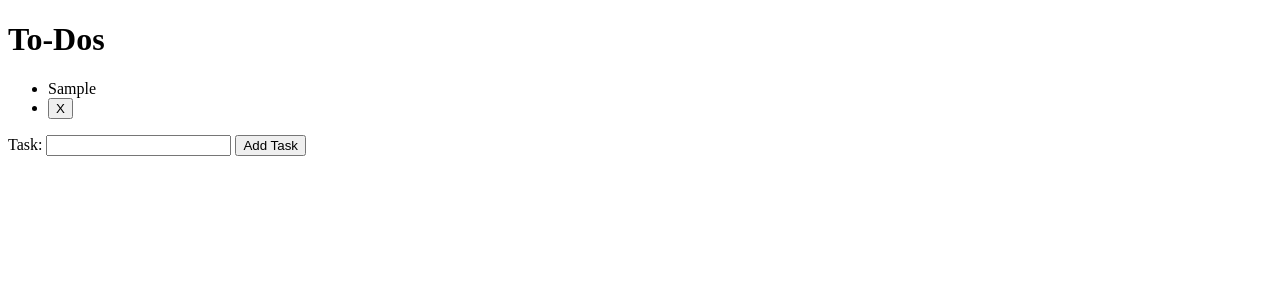
Repository: ThisOldKid/To-Do_Exercise
Page: index.html
The author's editor kept a copy of each file at every save. The page is drawn from the files as they stood at one save, then again after the next save.
The browser window is 1280 px wide. The pictures show the whole page.
Empty fields were first filled with sample values (such as "Sample", 5 or name@example.com).
After loading, the first visible `#newTaskTodo` was submitted once.

Above is the page before, as saved 2024-01-29 16:34:25.
Console error: ReferenceError: newTask is not defined

### index.html
<!DOCTYPE html>
<html lang="en">
<head>
    <meta charset="UTF-8">
    <meta name="viewport" content="width=device-width, initial-scale=1.0">
    <title>To Do</title>
</head>
<body>
    <h1>To-Dos</h1>
    <ul id="todoList">

    </ul>
    <form action="#" id="newTaskTodo">
        <label for="task">Task:</label>
        <input type="text" nam="task" id="task">
        <input type="submit" value="Add Task">
    </form>
    <script src="app.js"></script>
    <script src="local.js"></script>
</body>
</html>

### app.js
document.addEventListener("DOMContentLoaded", function() {
    let todoForm = document.getElementById("newTaskTodo");
    let todoList = document.getElementById("todoList");

    todoForm.addEventListener("submit", function(event) {
        event.preventDefault();

        let removeButton = document.createElement("button");
        removeButton.innerText = "X";

        let newTask = document.createElement("li");
        newTask.innerText = document.getElementById("task").value;

        todoList.append(newTask);
        newTask.append(removeButton);
        todoForm.reset();

    });

    todoList.addEventListener("click", function(event) {
        const targetTagToLowerCase = event.target.tagName.toLowerCase();
        if (targetTagToLowerCase === "li") {
            event.target.style.textDecoration = "line-through";
        }
        else if (targetTagToLowerCase === "button") {
            event.target.parentNode.remove();
        }
    });
});

### local.js
const todoForm = document.getElementById("newTaskTodo");
const todoList = document.getElementById("todoList");

const savedTodos = JSON.parse(localStorage.getItem("todos")) || [];
for (let i = 0; i < savedTodos.length; i++) {
  let newTodo = document.createElement("li");
  newTodo.innerText = savedTodos[i].task;
  newTodo.isCompleted = savedTodos[i].isCompleted ? true : false;
  if (newTodo.isCompleted) {
    newTodo.style.textDecoration = "line-through";
  }
  todoList.appendChild(newTodo);
}
let removeButton = document.createElement("button");
removeButton.innerText = "X";

todoForm.addEventListener("submit", function(event) {
  event.preventDefault();
  let newTodo = document.createElement("li");
  let taskValue = document.getElementById("task").value;
  newTodo.innerText = taskValue;
  newTodo.isCompleted = false;
  todoForm.reset();
  todoList.append(newTodo);
  newTask.append(removeButton);

  savedTodos.push({ task: newTodo.innerText, isCompleted: false });
  localStorage.setItem("todos", JSON.stringify(savedTodos));
});

todoList.addEventListener("click", function(event) {
  let clickedListItem = event.target;

  if (!clickedListItem.isCompleted) {
    clickedListItem.style.textDecoration = "line-through";
    clickedListItem.isCompleted = true;
  } else {
    clickedListItem.style.textDecoration = "none";
    clickedListItem.isCompleted = false;
  }

  for (let i = 0; i < savedTodos.length; i++) {
    if (savedTodos[i].task === clickedListItem.innerText) {
      savedTodos[i].isCompleted = !savedTodos[i].isCompleted;
      localStorage.setItem("todos", JSON.stringify(savedTodos));
    }
  }
});

After the next save:
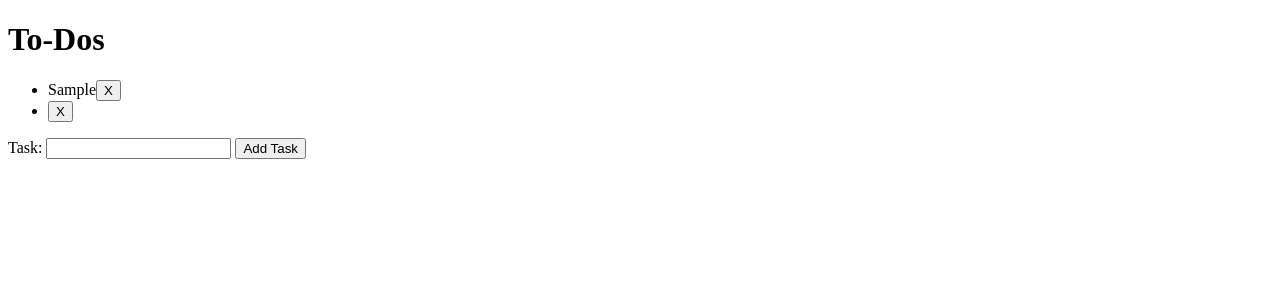
Console error: ReferenceError: newTodo is not defined
Saved 6 min 2 s later.
--- a/local.js
+++ b/local.js
@@ -3,25 +3,25 @@ const todoList = document.getElementById("todoList");
 
 const savedTodos = JSON.parse(localStorage.getItem("todos")) || [];
 for (let i = 0; i < savedTodos.length; i++) {
-  let newTodo = document.createElement("li");
-  newTodo.innerText = savedTodos[i].task;
-  newTodo.isCompleted = savedTodos[i].isCompleted ? true : false;
-  if (newTodo.isCompleted) {
-    newTodo.style.textDecoration = "line-through";
+  let newTask = document.createElement("li");
+  newTask.innerText = savedTodos[i].task;
+  newTask.isCompleted = savedTodos[i].isCompleted ? true : false;
+  if (newTask.isCompleted) {
+    newTask.style.textDecoration = "line-through";
   }
-  todoList.appendChild(newTodo);
+  todoList.appendChild(newTask);
 }
 let removeButton = document.createElement("button");
 removeButton.innerText = "X";
 
 todoForm.addEventListener("submit", function(event) {
   event.preventDefault();
-  let newTodo = document.createElement("li");
+  let newTask = document.createElement("li");
   let taskValue = document.getElementById("task").value;
-  newTodo.innerText = taskValue;
-  newTodo.isCompleted = false;
+  newTask.innerText = taskValue;
+  newTask.isCompleted = false;
   todoForm.reset();
-  todoList.append(newTodo);
+  todoList.append(newTask);
   newTask.append(removeButton);
 
   savedTodos.push({ task: newTodo.innerText, isCompleted: false });
